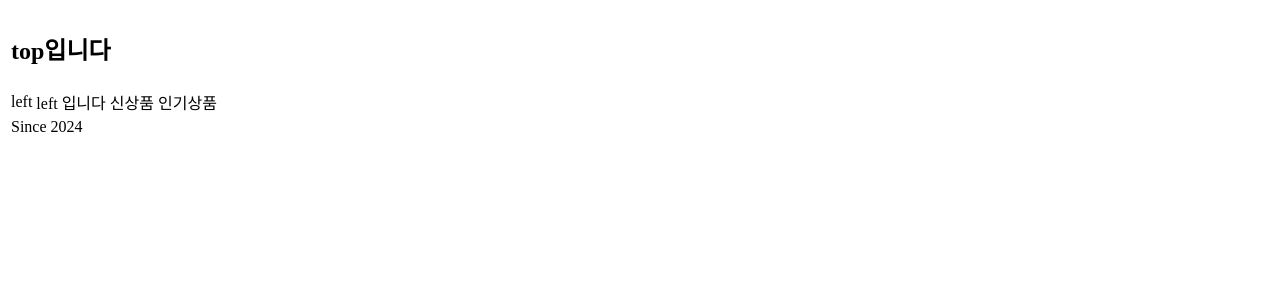
Repository: BancaKim/teamproject4
Page: http://localhost/JspDay3/Template/template.jsp
The author's editor kept a copy of each file at every save. The page is drawn from the files as they stood at one save, then again after the next save.
The browser window is 1280 px wide. The pictures show the whole page.
The page is served by Tomcat 9.

Above is the page before, as saved 2024-05-02 03:21:18.

After the next save:
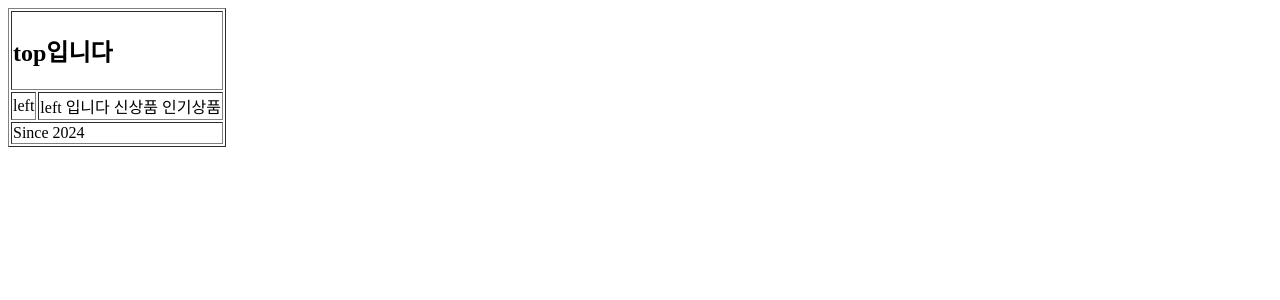
Saved 25 s later.
--- a/JspDay3/src/main/webapp/Template/template.jsp
+++ b/JspDay3/src/main/webapp/Template/template.jsp
@@ -8,7 +8,7 @@
 </head>
 <body>
 
-<table>
+<table border='1'>
 <tr>
 <td colspan="2"><%@ include file="top.jsp" %>
 </td></tr>
